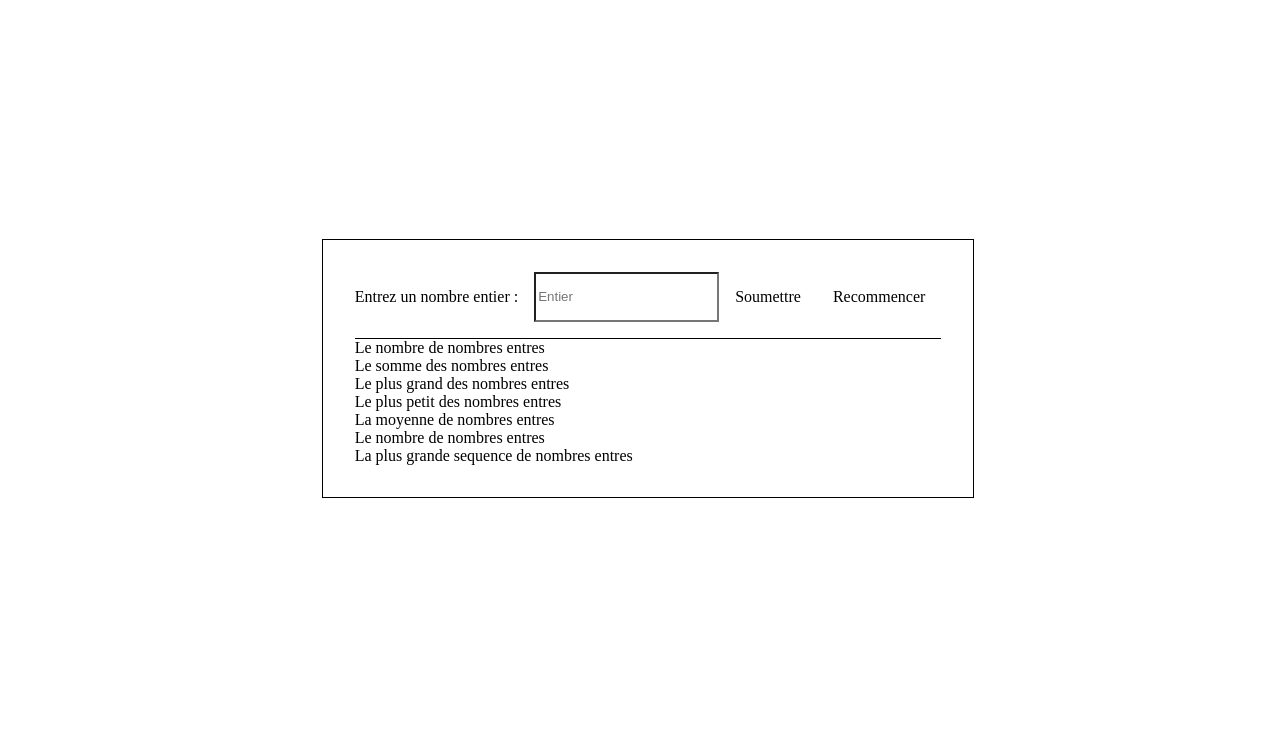
Repository: Thomas088/asbl-proforma
Page: exercices/js/ex-01/index.html
An editor plug-in stored every save of this project. The page is shown before and after the next save, followed by the edit.
The browser window is 1280 px wide. The page is 1288 px wide, so the pictures cover 1288 px, including what lies to the right of the window. The pictures show the whole page.

Above is the page before, as saved 2020-03-20 01:54:02.

After the next save:
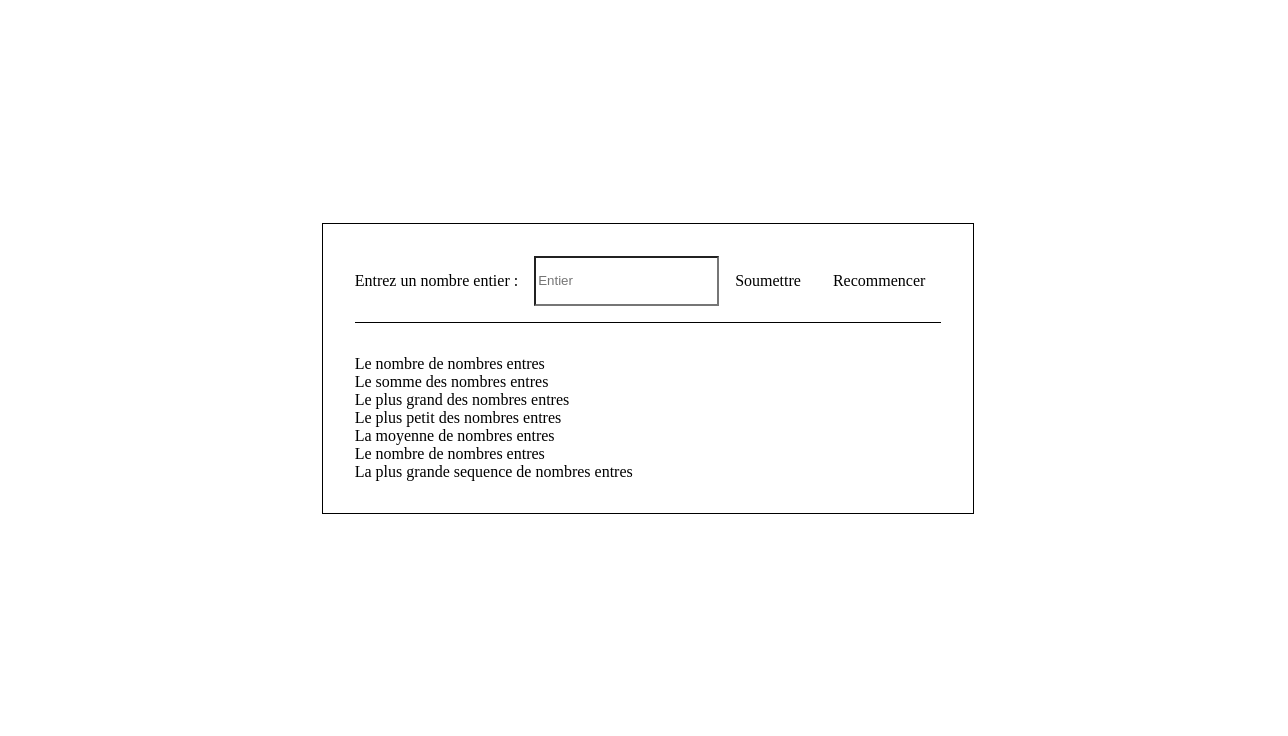
Saved 28 s later.
--- a/exercices/js/ex-01/style.css
+++ b/exercices/js/ex-01/style.css
@@ -14,6 +14,7 @@ body {
 .entry-user {
     display: flex;
     padding-bottom: 1rem;
+    margin-bottom: 2rem;;
     border-bottom: 1px solid #000;
 }
 
